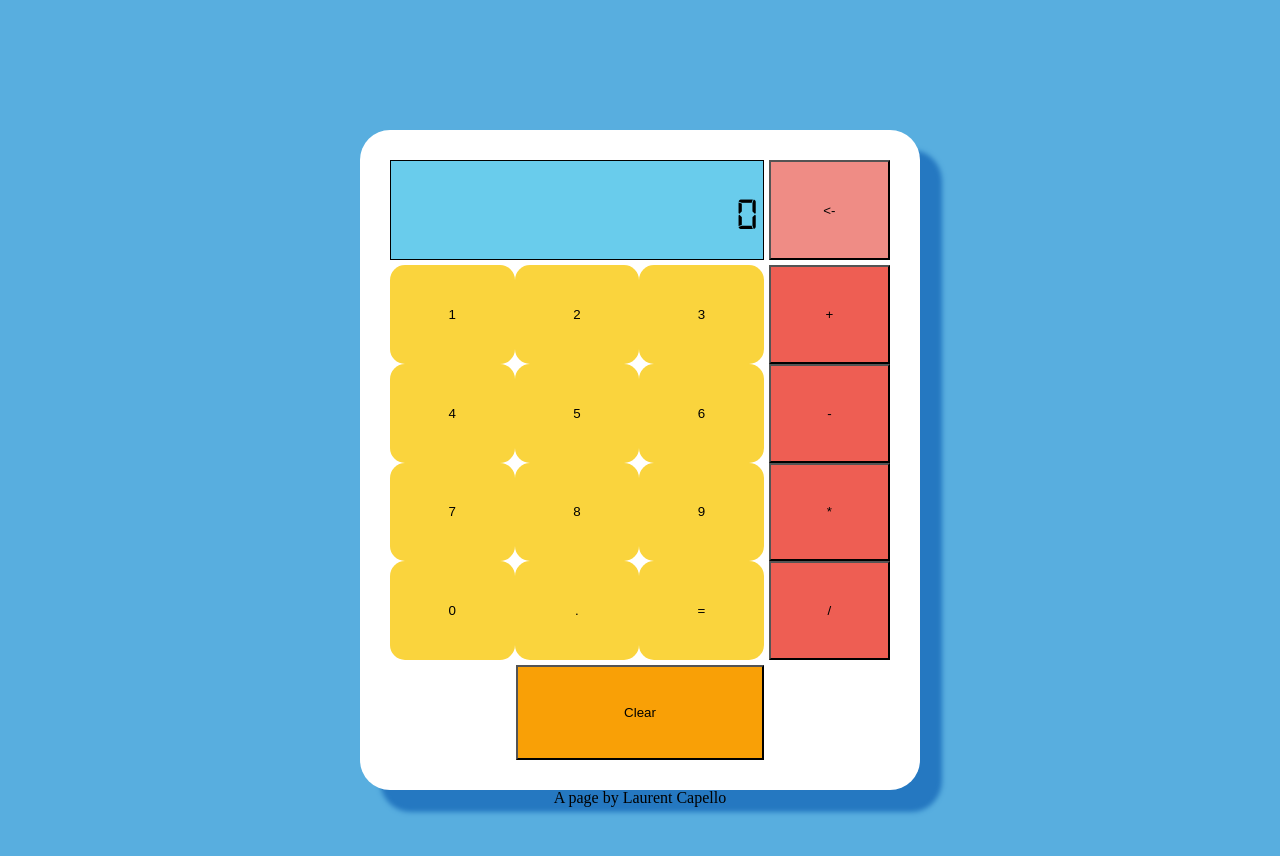
Repository: sokafootball/js-calculator
Page: index.html
These files come from the project's save history. The page is drawn as it stood at one moment and after the next save; the edit follows.
The browser window is 1280 px wide. The pictures show the whole page.

Above is the page before, as saved 2020-05-06 19:55:27.

After the next save:
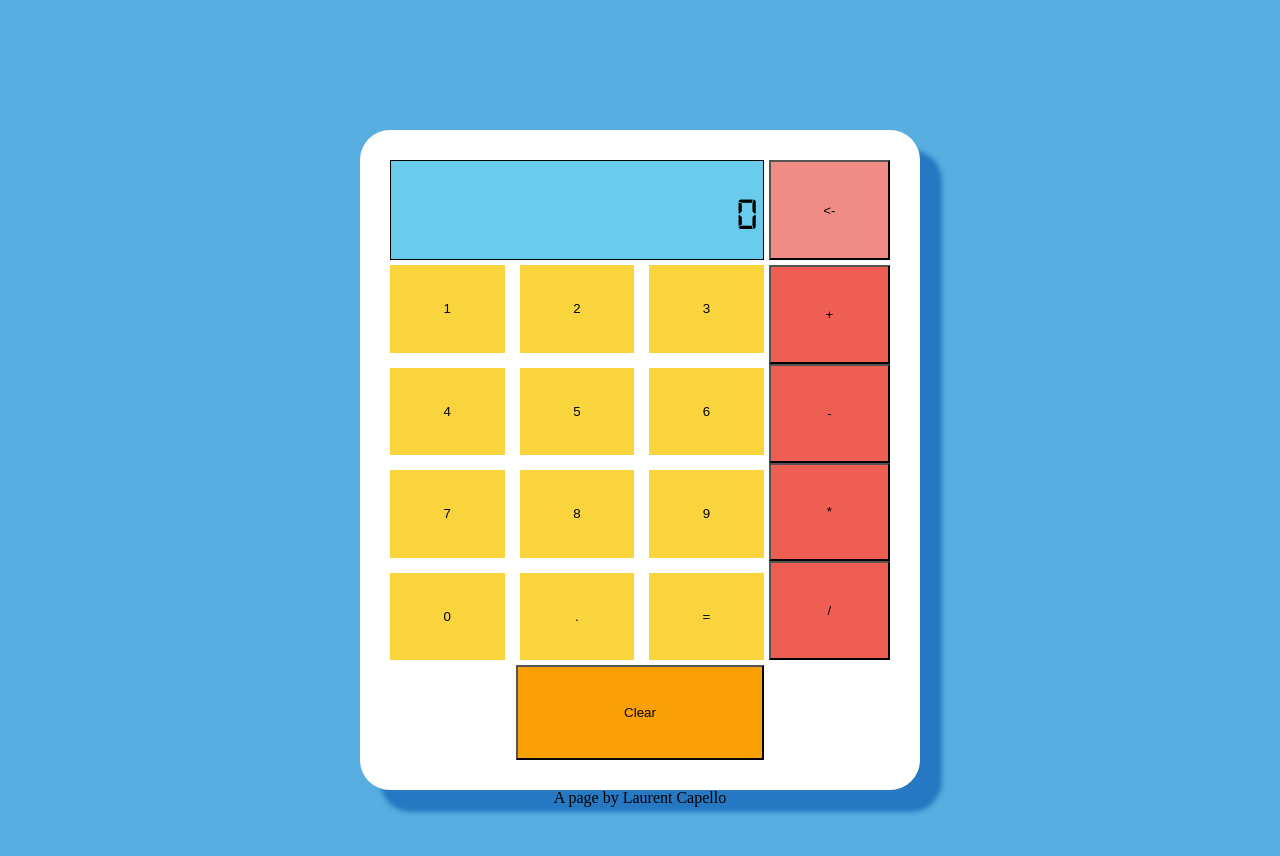
Saved 2 min 40 s later.
--- a/style.css
+++ b/style.css
@@ -18,7 +18,7 @@ body{
 
 #numpad button{
   background-color: hsl(48, 95%, 61%);
-  border-radius: 15px;
+  border-radius: 15 px;
   border-width: 0px;
 }
 
@@ -77,6 +77,7 @@ body{
 }
 
 #numpad{
+  gap: 15px 15px;
   display: grid;
   grid-area: numpad;
   grid-template-columns: repeat(3, 1fr);
